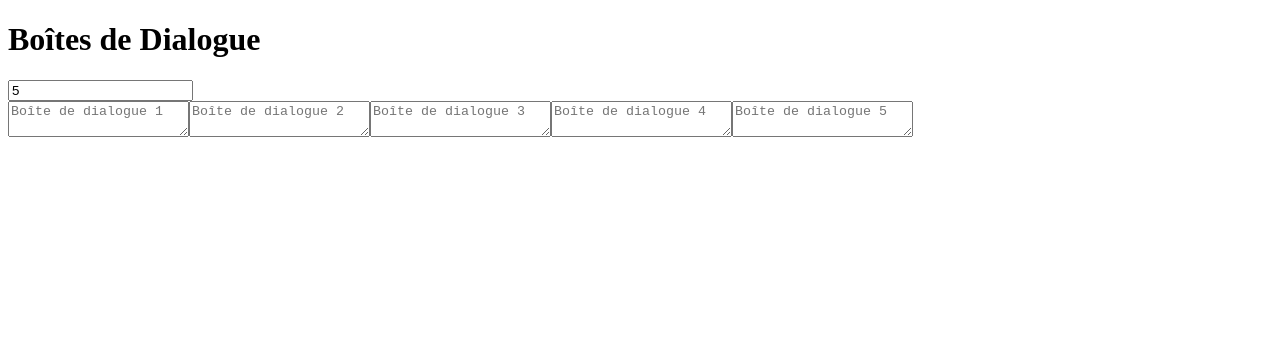
Repository: Dispasim/API2
Page: http://localhost/test/
The author's editor kept a copy of each file at every save. The page is drawn from the files as they stood at one save, then again after the next save.
The browser window is 1280 px wide. The pictures show the whole page.
Empty fields were first filled with sample values (such as "Sample", 5 or name@example.com).
After loading, the first visible `#nombre_boites` was changed once.
The page is served by the project's application, run on Django 4.2 (manage.py). Other server files are loaded and not shown.

Above is the page before, as saved 2023-11-11 20:59:13.

### templates/projet/test.html
<!DOCTYPE html>
<html>
<head>
    <title>Boîtes de Dialogue</title>
</head>
<body>
    <h1>Boîtes de Dialogue</h1>
    <input type="number" id="nombre_boites" name="nombre_boites" value="{{ nombre_boites }}">
    <div id="boites-container"></div>

    <script>
        // Fonction pour générer les textarea en fonction du nombre spécifié
        function genererBoites() {
            // Récupérer la valeur de l'input
            var nombreBoites = document.getElementById("nombre_boites").value;

            // Sélectionner le conteneur où les textarea seront ajoutés
            var conteneur = document.getElementById("boites-container");

            // Effacer le contenu existant du conteneur
            conteneur.innerHTML = '';

            // Générer et ajouter les textarea en fonction du nombre spécifié
            for (var i = 0; i < nombreBoites; i++) {
                var textarea = document.createElement("textarea");
                textarea.placeholder = "Boîte de dialogue " + (i + 1);
                conteneur.appendChild(textarea);
            }
        }

        // Ajouter un écouteur d'événements pour détecter les changements dans l'input
        document.getElementById("nombre_boites").addEventListener("input", genererBoites);

        // Appeler la fonction initiale pour générer les textarea en fonction de la valeur initiale
        genererBoites();
    </script>
</body>
</html>

### core/urls.py

from django.contrib import admin
from django.urls import path, include

urlpatterns = [
    path('admin/', admin.site.urls),
    path('',include('projet.urls', namespace='projet')),
    path('api/',include('projet_api.urls', namespace='projet_api'))
]

### projet/urls.py
from django.urls import path
from django.views.generic import TemplateView
#from .views import AccueilView

app_name = 'projet'

urlpatterns = [
    path('',TemplateView.as_view(template_name="projet/site.html")),
    path('test/',TemplateView.as_view(template_name="projet/test.html")),
    #path('<int:nombre_boites>/',accueil,TemplateView.as_view(template_name="projet/index.html")),
    #path('<int:nombre_boites>/', accueil, name='template/projet/index.html'),
    #path('',AccueilView.as_view(template_name="projet/index.html"))
    #path('<int:nombre_boites>/', AccueilView.as_view(), name='accueil')
]

### projet_api/urls.py
from django.urls import path
from .views import OrderList, OrderDetail

app_name = 'projet_api'

urlpatterns = [
    path('<int:pk>/',OrderDetail.as_view(),name='detailcreate'),
    path('',OrderList.as_view(), name='listcreate')
]

After the next save:
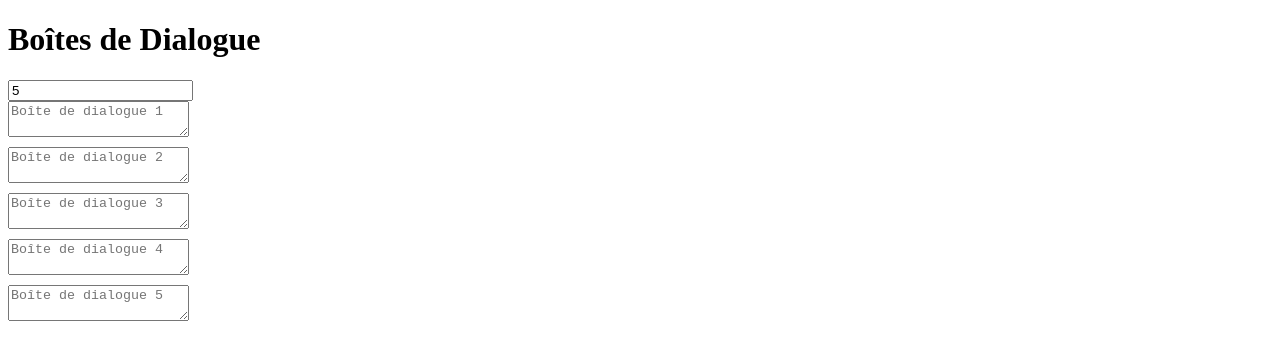
Saved 87 s later.
--- a/templates/projet/test.html
+++ b/templates/projet/test.html
@@ -2,6 +2,13 @@
 <html>
 <head>
     <title>Boîtes de Dialogue</title>
+    <style>
+        /* Style pour que les textarea apparaissent les unes en dessous des autres */
+        #boites-container textarea {
+            display: block;
+            margin-bottom: 10px; /* Ajouter une marge entre chaque boîte de dialogue */
+        }
+    </style>
 </head>
 <body>
     <h1>Boîtes de Dialogue</h1>
@@ -9,18 +16,11 @@
     <div id="boites-container"></div>
 
     <script>
-        // Fonction pour générer les textarea en fonction du nombre spécifié
         function genererBoites() {
-            // Récupérer la valeur de l'input
             var nombreBoites = document.getElementById("nombre_boites").value;
-
-            // Sélectionner le conteneur où les textarea seront ajoutés
             var conteneur = document.getElementById("boites-container");
-
-            // Effacer le contenu existant du conteneur
             conteneur.innerHTML = '';
 
-            // Générer et ajouter les textarea en fonction du nombre spécifié
             for (var i = 0; i < nombreBoites; i++) {
                 var textarea = document.createElement("textarea");
                 textarea.placeholder = "Boîte de dialogue " + (i + 1);
@@ -28,10 +28,7 @@
             }
         }
 
-        // Ajouter un écouteur d'événements pour détecter les changements dans l'input
         document.getElementById("nombre_boites").addEventListener("input", genererBoites);
-
-        // Appeler la fonction initiale pour générer les textarea en fonction de la valeur initiale
         genererBoites();
     </script>
 </body>
